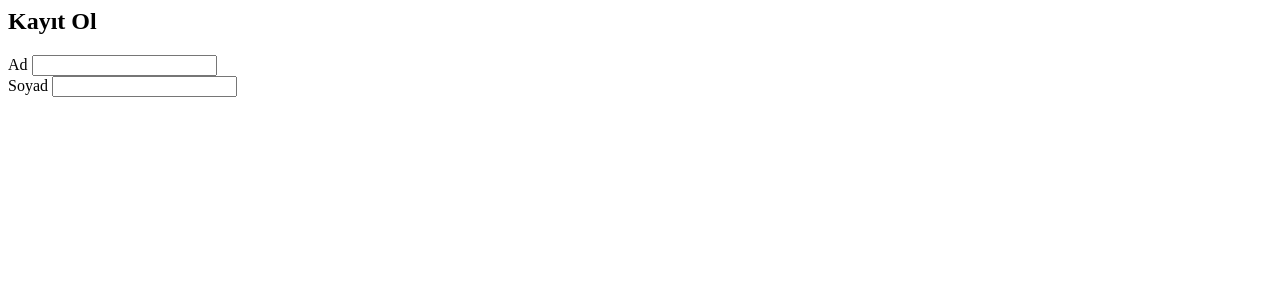
Repository: hakanozer/yazilim_uzmanligi_21_Aralilk_2024
Page: bitirme_projeleri/angular/Omer_Kafkas/src/app/pages/register/register.html
The author's editor kept a copy of each file at every save. The page is drawn from the files as they stood at one save, then again after the next save.
The browser window is 1280 px wide. The pictures show the whole page.

Above is the page before, as saved 2025-08-31 21:34:44.

### bitirme_projeleri/angular/Omer_Kafkas/src/app/pages/register/register.html
<app-background-item></app-background-item>

<div class="register-wrapper">
    <form class="register-card">
        <h2>Kayıt Ol</h2>

        <div class="field">
            <label for="name">Ad</label>
            <input id="name" type="text">
        </div>
        <div class="field">
            <label for="surname">Soyad</label>
            <input id="surname" type="text">
        </div>


    </form>
</div>

After the next save:
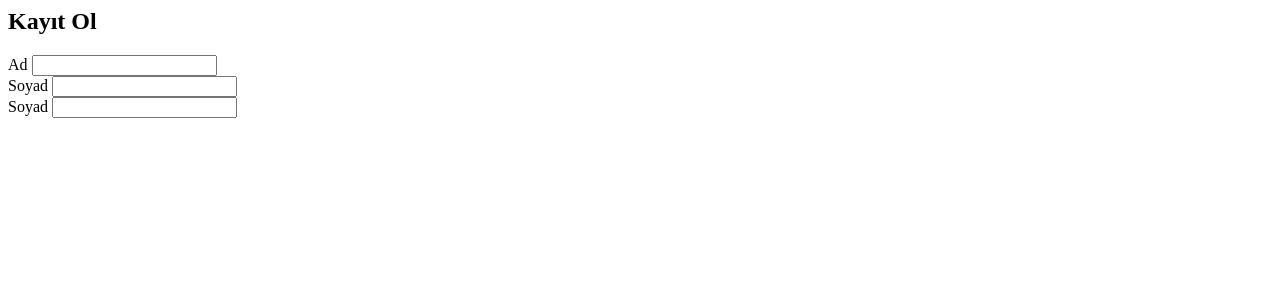
Saved 11 s later.
--- a/bitirme_projeleri/angular/Omer_Kafkas/src/app/pages/register/register.html
+++ b/bitirme_projeleri/angular/Omer_Kafkas/src/app/pages/register/register.html
@@ -12,6 +12,10 @@
             <label for="surname">Soyad</label>
             <input id="surname" type="text">
         </div>
+        <div class="field">
+            <label for="surname">Soyad</label>
+            <input id="surname" type="text">
+        </div>
 
 
     </form>
